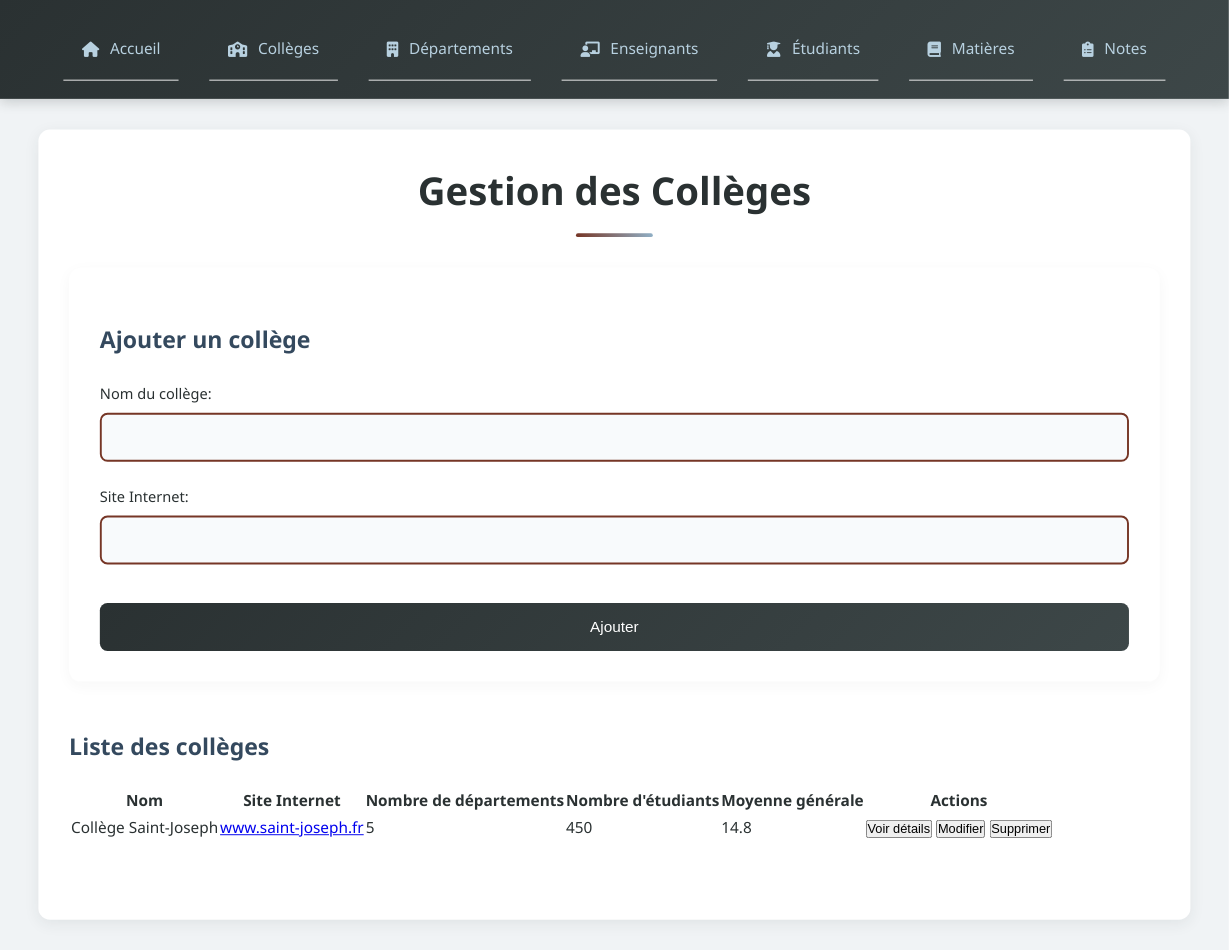
Repository: Ishimw3/college-management
Page: pages/colleges.html
An editor plug-in stored every save of this project. The page is shown before and after the next save, followed by the edit.
The browser window is 1280 px wide. The pictures show the whole page, at 96% of full size.

Above is the page before, as saved 2025-02-24 20:38:20.
Console error: ReferenceError: data is not defined

### pages/colleges.html
<!DOCTYPE html>
<html lang="fr">
<head>
    <meta charset="UTF-8">
    <meta name="viewport" content="width=device-width, initial-scale=1.0">
    <title>Gestion des Collèges</title>
    <link rel="stylesheet" href="../assets/css/main.css">
    <link rel="stylesheet" href="https://cdnjs.cloudflare.com/ajax/libs/font-awesome/6.0.0-beta3/css/all.min.css">
</head>
<body>
    <nav>
        <ul>
            <li><a href="../index.html"><i class="fas fa-home"></i> Accueil</a></li>
            <li><a href="colleges.html"><i class="fas fa-school"></i> Collèges</a></li>
            <li><a href="departements.html"><i class="fas fa-building"></i> Départements</a></li>
            <li><a href="teachers.html"><i class="fas fa-chalkboard-teacher"></i> Enseignants</a></li>
            <li><a href="students.html"><i class="fas fa-user-graduate"></i> Étudiants</a></li>
            <li><a href="subjects.html"><i class="fas fa-book"></i> Matières</a></li>
            <li><a href="grades.html"><i class="fas fa-clipboard-list"></i> Notes</a></li>
        </ul>
    </nav>

    <div class="container">
        <h1>Gestion des Collèges</h1>
        <!-- Formulaire d'ajout de collège -->
        <section class="form-section">
            <h2>Ajouter un collège</h2>
            <form>
                <div class="form-group">
                    <label for="nom">Nom du collège:</label>
                    <input type="text" id="nom" required>
                </div>
                <div class="form-group">
                    <label for="site">Site Internet:</label>
                    <input type="url" id="site" required>
                </div>
                <button type="submit">Ajouter</button>
            </form>
        </section>

        <!-- Liste des collèges -->
        <section class="list-section">
            <h2>Liste des collèges</h2>
            <table>
                <thead>
                    <tr>
                        <th>Nom</th>
                        <th>Site Internet</th>
                        <th>Nombre de départements</th>
                        <th>Nombre d'étudiants</th>
                        <th>Moyenne générale</th>
                        <th>Actions</th>
                    </tr>
                </thead>
                <tbody>
                    <tr>
                        <td>Collège Saint-Joseph</td>
                        <td><a href="http://www.saint-joseph.fr">www.saint-joseph.fr</a></td>
                        <td>5</td>
                        <td>450</td>
                        <td>14.8</td>
                        <td>
                            <button class="btn-view">Voir détails</button>
                            <button class="btn-edit">Modifier</button>
                            <button class="btn-delete">Supprimer</button>
                        </td>
                    </tr>
                </tbody>
            </table>
        </section>

        <!-- Détails collège (masqué par défaut) -->
        <section class="college-details" id="college-details" style="display: none;">
            <h2>Détails du collège</h2>
            <div class="card">
                <!-- Statistiques générales -->
                <div class="stats">
                    <h3>Statistiques</h3>
                    <div class="stats-grid">
                        <div class="stat-item">
                            <span class="stat-label">Départements</span>
                            <span class="stat-value">5</span>
                        </div>
                        <div class="stat-item">
                            <span class="stat-label">Enseignants</span>
                            <span class="stat-value">45</span>
                        </div>
                        <div class="stat-item">
                            <span class="stat-label">Étudiants</span>
                            <span class="stat-value">450</span>
                        </div>
                        <div class="stat-item">
                            <span class="stat-label">Moyenne générale</span>
                            <span class="stat-value">14.8</span>
                        </div>
                    </div>
                </div>

                <!-- Moyennes par département -->
                <div class="department-averages">
                    <h3>Moyennes par département</h3>
                    <table>
                        <thead>
                            <tr>
                                <th>Département</th>
                                <th>Nombre d'étudiants</th>
                                <th>Moyenne</th>
                            </tr>
                        </thead>
                        <tbody>
                            <tr>
                                <td>Sciences</td>
                                <td>120</td>
                                <td>15.2</td>
                            </tr>
                            <tr>
                                <td>Lettres</td>
                                <td>95</td>
                                <td>14.5</td>
                            </tr>
                            <tr>
                                <td>Langues</td>
                                <td>85</td>
                                <td>14.8</td>
                            </tr>
                        </tbody>
                    </table>
                </div>

                <!-- Liste des salles -->
                <div class="rooms-list">
                    <h3>Salles de cours</h3>
                    <table>
                        <thead>
                            <tr>
                                <th>Numéro</th>
                                <th>Capacité</th>
                                <th>Matière</th>
                                <th>État</th>
                            </tr>
                        </thead>
                        <tbody>
                            <tr>
                                <td>S101</td>
                                <td>30</td>
                                <td>Mathématiques</td>
                                <td>Disponible</td>
                            </tr>
                            <tr>
                                <td>S102</td>
                                <td>25</td>
                                <td>Physique</td>
                                <td>En cours</td>
                            </tr>
                        </tbody>
                    </table>
                </div>
            </div>
        </section>
    </div>

    <script src="../assets/js/utils.js"></script>
    <script src="../assets/js/main.js"></script>
    <script src="../assets/js/app.js"></script>
</body>
</html>

### assets/css/main.css
:root {
    --charcoal: #2A3132;
    --rust: #763626;
    --sky-blue: #90AFC5;
    --light-sky: #b8d1e0;
    --dark-rust: #562419;
    --light-charcoal: #3d4748;
    --input-bg: #f8fafc;
    --input-border: #e2e8f0;
    --input-focus-border: var(--sky-blue);
    --input-shadow: rgba(144, 175, 197, 0.1);
    --form-shadow: rgba(42, 49, 50, 0.04);
}

/* Reset et styles de base */
* {
    margin: 0;
    padding: 0;
    box-sizing: border-box;
}

body {
    font-family: 'Segoe UI', Tahoma, Geneva, Verdana, sans-serif;
    line-height: 1.6;
    color: var(--charcoal);
    background-color: #f0f3f5;
}

/* Navigation */
nav {
    background: linear-gradient(135deg, var(--charcoal), var(--light-charcoal));
    padding: 1.2rem;
    box-shadow: 0 4px 12px rgba(42, 49, 50, 0.2);
}

nav ul {
    list-style: none;
    display: flex;
    justify-content: center;
    gap: 2rem;
    max-width: 1200px;
    margin: 0 auto;
}

nav a {
    color: var(--light-sky);
    text-decoration: none;
    padding: 0.7rem 1.2rem;
    border-radius: 6px;
    transition: all 0.3s ease;
    display: flex;
    align-items: center;
    gap: 0.7rem;
}

nav a:hover {
    background-color: var(--rust);
    transform: translateY(-2px);
    color: white;
}

/* Conteneur principal */
.container {
    max-width: 1200px;
    margin: 2rem auto;
    padding: 2rem;
    background-color: white;
    border-radius: 12px;
    box-shadow: 0 4px 16px rgba(42, 49, 50, 0.08);
}

/* En-têtes */
h1 {
    margin-bottom: 2rem;
    color: var(--charcoal);
    font-size: 2.5rem;
    text-align: center;
    position: relative;
    padding-bottom: 1rem;
}

h1:after {
    content: '';
    position: absolute;
    bottom: 0;
    left: 50%;
    transform: translateX(-50%);
    width: 80px;
    height: 4px;
    background: linear-gradient(90deg, var(--rust), var(--sky-blue));
    border-radius: 2px;
}

h2, h3 {
    margin: 1.5rem 0;
    color: #34495e;
    font-family: 'Segoe UI', Tahoma, Geneva, Verdana, sans-serif;
}

/* Sections */
.form-section, .list-section {
    margin-bottom: 3rem;
}

.form-section {
    background: white;
    padding: 2rem;
    border-radius: 12px;
    box-shadow: 0 4px 16px var(--form-shadow);
    margin-bottom: 3rem;
}

/* Formulaires */
.form-group {
    margin-bottom: 1.5rem;
    position: relative;
}

label {
    display: block;
    margin-bottom: 0.5rem;
    font-weight: 500;
    color: var(--charcoal);
    transition: all 0.3s ease;
    font-size: 0.95rem;
}

input, select, textarea {
    width: 100%;
    padding: 0.9rem 1rem;
    border: 2px solid var(--input-border);
    border-radius: 8px;
    background: var(--input-bg);
    font-size: 1rem;
    transition: all 0.3s ease;
    color: var(--charcoal);
}

input:hover, select:hover, textarea:hover {
    border-color: var(--sky-blue);
    background: white;
}

input:focus, select:focus, textarea:focus {
    border-color: var(--sky-blue);
    background: white;
    outline: none;
    box-shadow: 0 0 0 4px var(--input-shadow);
}

/* Style pour les champs requis */
input:required + label::after,
select:required + label::after {
    content: '*';
    color: var(--rust);
    margin-left: 4px;
}

/* Style pour les champs valides/invalides */
input:valid,
select:valid {
    border-color: #2ecc71;
}

input:invalid:not(:placeholder-shown),
select:invalid:not(:focus) {
    border-color: var(--rust);
}

/* Boutons de formulaire */
form button {
    background: linear-gradient(135deg, var(--charcoal), var(--light-charcoal));
    color: white;
    padding: 1rem 2rem;
    border: none;
    border-radius: 8px;
    font-weight: 500;
    font-size: 1rem;
    cursor: pointer;
    transition: all 0.3s ease;
    width: 100%;
    margin-top: 1rem;
}

form button:hover {
    background: linear-gradient(135deg, var(--rust), var(--dark-rust));
    transform: translateY(-2px);
    box-shadow: 0 4px 12px rgba(118, 54, 38, 0.2);
}

form button:active {
    transform: translateY(0);
}

/* Animation de focus pour les labels */
.form-group:focus-within label {
    color: var(--sky-blue);
    transform: translateY(-2px);
}

/* Style pour les select */
select {
    appearance: none;
    background-image: url("data:[embedded picture, 259 characters]");
    background-repeat: no-repeat;
    background-position: right 1rem center;
    padding-right: 2.5rem;
}

/* Groupes de formulaires en colonnes */
@media (min-width: 768px) {
    .form-row {
        display: grid;
        grid-template-columns: repeat(2, 1fr);
        gap: 1.5rem;
    }
}

/* Message d'aide pour les champs */
.form-help {
    font-size: 0.85rem;
    color: #666;
    margin-top: 0.25rem;
}

/* Animation de chargement pour les boutons */
form button.loading {
    position: relative;
    color: transparent;
}

form button.loading::after {
    content: '';
    position: absolute;
    width: 20px;
    height: 20px;
    top: 50%;
    left: 50%;
    margin: -10px 0 0 -10px;
    border: 2px solid rgba(255,255,255,0.3);
    border-radius: 50%;
    border-top-color: white;
    animation: spin 0.8s infinite linear;
}

@keyframes spin {
    to { transform: rotate(360deg); }
}

/* Liste sans puces */
ul {
    list-style: none;
    padding: 0;
}

ul li {
    padding: 0.5rem 0;
    border-bottom: 1px solid #eee;
}

/* États des salles */
.rooms-list td:last-child {
    font-weight: 500;
}

.rooms-list td:last-child:contains('Disponible') {
    color: #2ecc71;
}

.rooms-list td:last-child:contains('En cours') {
    color: var(--rust);
}

/* Améliorations pour l'impression */
@media print {
    .filters,
    .form-section,
    .btn-edit,
    .btn-delete {
        display: none;
    }

    .stats-grid {
        display: block;
    }

    .stat-card {
        page-break-inside: avoid;
        margin-bottom: 1rem;
    }
}

/* Responsive pour petits écrans */
@media (max-width: 576px) {
    .stats-grid {
        grid-template-columns: 1fr;
    }

    .filters {
        grid-template-columns: 1fr;
    }

    .stat-item {
        padding: 0.75rem;
    }

    .stat-value {
        font-size: 1.25rem;
    }
}

/* Notifications */
.notification {
    position: fixed;
    top: 20px;
    right: 20px;
    padding: 1rem 2rem;
    border-radius: 8px;
    background: var(--charcoal);
    color: white;
    box-shadow: 0 4px 12px rgba(0,0,0,0.1);
    z-index: 1000;
    animation: slideIn 0.3s ease, slideOut 0.3s ease 2.7s;
}

.notification.success {
    background: #2ecc71;
}

.notification.error {
    background: var(--rust);
}

@keyframes slideIn {
    from { transform: translateX(100%); opacity: 0; }
    to { transform: translateX(0); opacity: 1; }
}

@keyframes slideOut {
    from { transform: translateX(0); opacity: 1; }
    to { transform: translateX(100%); opacity: 0; }
}

### assets/js/utils.js
// ...existing code...

const DataManager = {
    // Stockage local
    saveData() {
        localStorage.setItem('collegeData', JSON.stringify(data));
    },

    loadData() {
        const savedData = localStorage.getItem('collegeData');
        if (savedData) {
            data = JSON.parse(savedData);
        }
    },

    // CRUD Opérations génériques
    add(type, item) {
        item.id = Date.now(); // Simple ID unique
        data[type].push(item);
        this.saveData();
        return item;
    },

    update(type, id, updates) {
        const index = data[type].findIndex(item => item.id === id);
        if (index !== -1) {
            data[type][index] = { ...data[type][index], ...updates };
            this.saveData();
            return true;
        }
        return false;
    },

    delete(type, id) {
        data[type] = data[type].filter(item => item.id !== id);
        this.saveData();
    },

    get(type, id) {
        return data[type].find(item => item.id === id);
    },

    getAll(type) {
        return data[type];
    }
};

// ...existing code...

### assets/js/main.js
document.addEventListener('DOMContentLoaded', () => {
    // Initialisation des données
    let data = {
        colleges: [],
        departements: [],
        enseignants: [],
        etudiants: [],
        matieres: [],
        notes: []
    };

    // Initialisation
    const initialize = () => {
        DataManager.loadData();
        UIManager.initializeForms();
        UIManager.initializeTables();
        UIManager.setupPrintButtons();
        UIManager.initializeDetailViews();
        UIManager.updateAverages();
    };

    initialize();
});

### assets/js/app.js
const UIManager = {
    // Gestion des formulaires
    initializeForms() {
        document.querySelectorAll('form').forEach(form => {
            form.addEventListener('submit', handleFormSubmit);
        });
    },

    // Gestion des tableaux
    initializeTables() {
        // Tri des colonnes
        document.querySelectorAll('th').forEach(header => {
            header.addEventListener('click', () => {
                const table = header.closest('table');
                const index = Array.from(header.parentNode.children).indexOf(header);
                this.sortTable(table, index);
            });
        });

        // Filtres
        document.querySelectorAll('.filters select').forEach(filter => {
            filter.addEventListener('change', () => {
                this.applyFilters();
            });
        });
    },

    // Fonctions d'affichage
    displayAlert(message, type = 'success') {
        const alert = document.createElement('div');
        alert.className = `alert alert-${type}`;
        alert.textContent = message;
        document.querySelector('.container').prepend(alert);
        setTimeout(() => alert.remove(), 3000);
    },

    // Mise à jour des moyennes
    updateAverages() {
        // Moyennes par matière
        const matiereAverages = this.calculateMatiereAverages();
        document.querySelectorAll('.matiere-moyenne').forEach(elem => {
            const matiereId = elem.dataset.matiereId;
            elem.textContent = matiereAverages[matiereId]?.toFixed(2) || 'N/A';
        });

        // Moyennes par département
        const deptAverages = this.calculateDepartementAverages();
        document.querySelectorAll('.dept-moyenne').forEach(elem => {
            const deptId = elem.dataset.deptId;
            elem.textContent = deptAverages[deptId]?.toFixed(2) || 'N/A';
        });
    },

    // Gestion de l'impression
    setupPrintButtons() {
        document.querySelectorAll('.btn-print').forEach(btn => {
            btn.addEventListener('click', () => {
                const content = btn.closest('.card').cloneNode(true);
                const printWindow = window.open('', '_blank');
                printWindow.document.write(`
                    <html>
                        <head>
                            <link rel="stylesheet" href="styles.css">
                            <style>
                                body { padding: 20px; }
                                .no-print { display: none; }
                            </style>
                        </head>
                        <body>${content.outerHTML}</body>
                    </html>
                `);
                printWindow.document.close();
                printWindow.print();
            });
        });
    },

    // Gestion des détails
    initializeDetailViews() {
        document.querySelectorAll('.btn-view').forEach(btn => {
            btn.addEventListener('click', () => {
                const id = btn.closest('tr').dataset.id;
                const type = btn.closest('section').id.replace('-list', '');
                this.showDetails(type, id);
            });
        });
    },

    showDetails(type, id) {
        const item = DataManager.get(type, id);
        if (!item) return;

        const detailSection = document.querySelector(`#${type}-details`);
        if (!detailSection) return;

        // Remplir les détails
        Object.keys(item).forEach(key => {
            const elem = detailSection.querySelector(`#detail-${key}`);
            if (elem) {
                elem.textContent = item[key];
            }
        });

        // Afficher la section
        detailSection.style.display = 'block';
        detailSection.scrollIntoView({ behavior: 'smooth' });
    },

    // Calculs
    calculateMatiereAverages() {
        const averages = {};
        data.matieres.forEach(matiere => {
            const notes = data.notes.filter(n => n.matiereId === matiere.id);
            if (notes.length > 0) {
                averages[matiere.id] = notes.reduce((sum, n) => sum + n.note, 0) / notes.length;
            }
        });
        return averages;
    },

    calculateDepartementAverages() {
        const averages = {};
        data.departements.forEach(dept => {
            const matieres = data.matieres.filter(m => m.departementId === dept.id);
            const notes = [];
            matieres.forEach(matiere => {
                notes.push(...data.notes.filter(n => n.matiereId === matiere.id));
            });
            if (notes.length > 0) {
                averages[dept.id] = notes.reduce((sum, n) => sum + n.note, 0) / notes.length;
            }
        });
        return averages;
    },

    // Utilitaires
    sortTable(table, columnIndex) {
        const tbody = table.querySelector('tbody');
        const rows = Array.from(tbody.querySelectorAll('tr'));
        const isNumeric = rows.every(row =>
            !isNaN(row.children[columnIndex].textContent.trim())
        );

        rows.sort((a, b) => {
            const aValue = a.children[columnIndex].textContent.trim();
            const bValue = b.children[columnIndex].textContent.trim();

            if (isNumeric) {
                return parseFloat(aValue) - parseFloat(bValue);
            }
            return aValue.localeCompare(bValue);
        });

        tbody.innerHTML = '';
        rows.forEach(row => tbody.appendChild(row));
    },

    applyFilters() {
        const filters = {};
        document.querySelectorAll('.filters select').forEach(filter => {
            if (filter.value) {
                filters[filter.id.replace('filter-', '')] = filter.value;
            }
        });

        document.querySelectorAll('tbody tr').forEach(row => {
            let show = true;
            Object.entries(filters).forEach(([key, value]) => {
                if (row.dataset[key] !== value) {
                    show = false;
                }
            });
            row.style.display = show ? '' : 'none';
        });
    }
};

// Form handling
document.addEventListener('DOMContentLoaded', function() {
    const forms = document.querySelectorAll('form');

    forms.forEach(form => {
        form.addEventListener('submit', handleFormSubmit);
    });
});

async function handleFormSubmit(event) {
    event.preventDefault();
    const form = event.target;
    const submitButton = form.querySelector('button[type="submit"]');

    try {
        // Add loading state
        submitButton.classList.add('loading');
        submitButton.disabled = true;

        // Collect form data
        const formData = new FormData(form);
        const data = Object.fromEntries(formData.entries());

        // Simulate API call with delay
        await new Promise(resolve => setTimeout(resolve, 1000));

        // Reset form after successful submission
        form.reset();

        // Show success message
        showNotification('Enregistrement réussi!', 'success');

    } catch (error) {
        showNotification('Erreur lors de l\'enregistrement', 'error');
        console.error('Form submission error:', error);
    } finally {
        // Remove loading state
        submitButton.classList.remove('loading');
        submitButton.disabled = false;
    }
}

function showNotification(message, type = 'info') {
    const notification = document.createElement('div');
    notification.className = `notification ${type}`;
    notification.textContent = message;

    document.body.appendChild(notification);

    // Remove notification after 3 seconds
    setTimeout(() => {
        notification.remove();
    }, 3000);
}

After the next save:
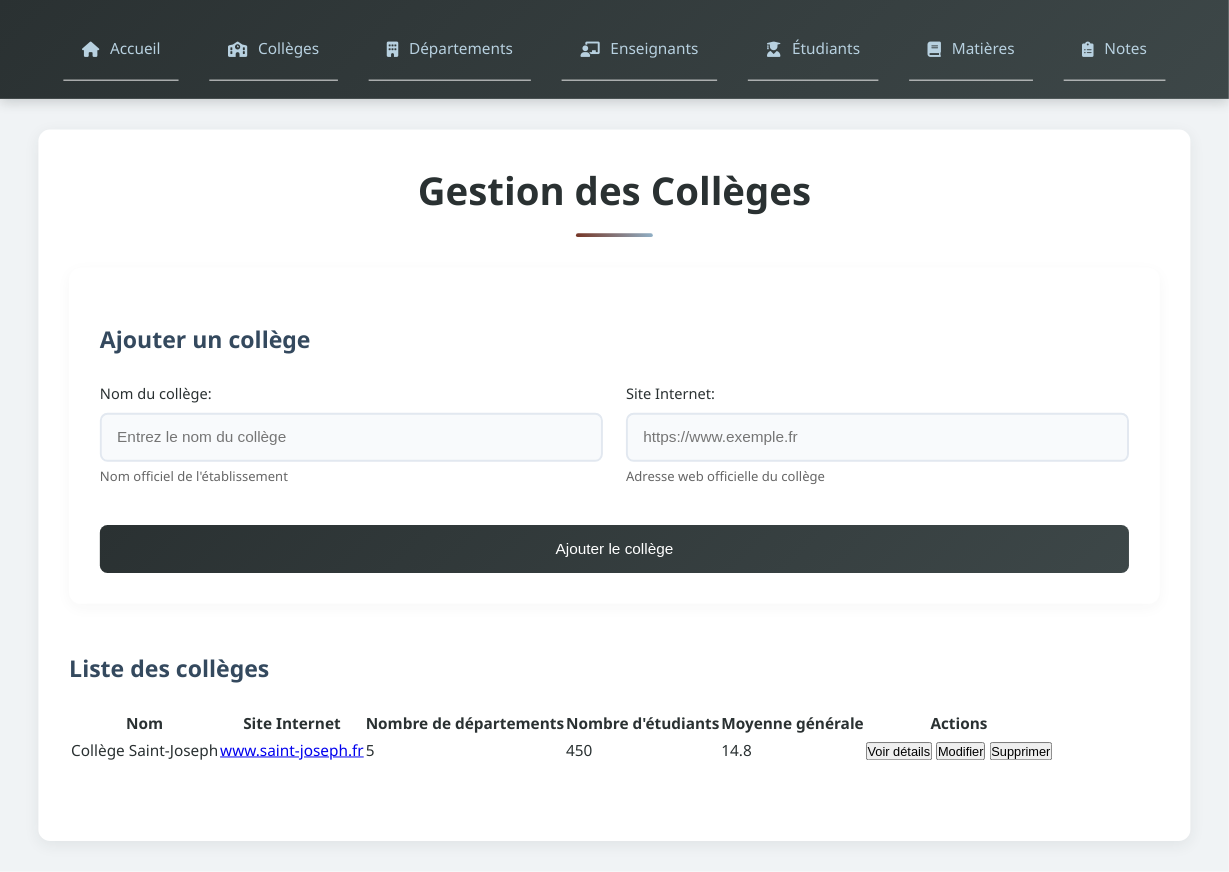
Saved 2 min 25 s later.
--- a/pages/colleges.html
+++ b/pages/colleges.html
@@ -26,15 +26,19 @@
         <section class="form-section">
             <h2>Ajouter un collège</h2>
             <form>
-                <div class="form-group">
-                    <label for="nom">Nom du collège:</label>
-                    <input type="text" id="nom" required>
+                <div class="form-row">
+                    <div class="form-group">
+                        <label for="nom">Nom du collège:</label>
+                        <input type="text" id="nom" name="nom" required placeholder="Entrez le nom du collège">
+                        <div class="form-help">Nom officiel de l'établissement</div>
+                    </div>
+                    <div class="form-group">
+                        <label for="site">Site Internet:</label>
+                        <input type="url" id="site" name="site" required placeholder="https://www.exemple.fr">
+                        <div class="form-help">Adresse web officielle du collège</div>
+                    </div>
                 </div>
-                <div class="form-group">
-                    <label for="site">Site Internet:</label>
-                    <input type="url" id="site" required>
-                </div>
-                <button type="submit">Ajouter</button>
+                <button type="submit">Ajouter le collège</button>
             </form>
         </section>
 
